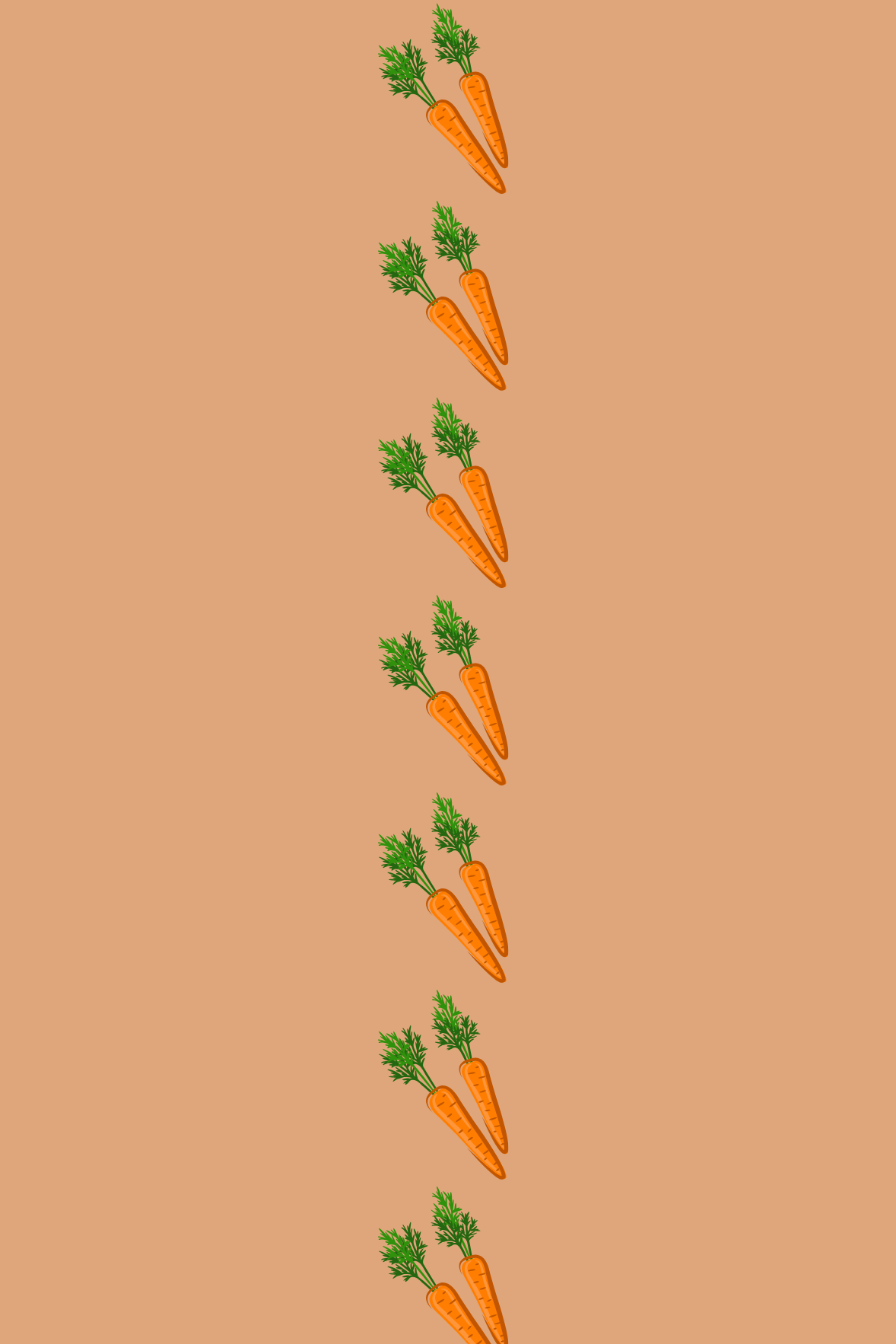
Repository: sephinejo/frontend-browser-101
Page: browser/practice-find-rabbit/index.html
These files come from the project's save history. The page is drawn as it stood at one moment and after the next save; the edit follows.
The browser window is 1280 px wide. The pictures show the part of the page from y = 0 to 1920 px (the page is 3344 px tall before and 3392 px after), at 70% of full size.

Above is the page before, as saved 2023-05-10 21:09:59.

### browser/practice-find-rabbit/index.html
<!DOCTYPE html>
<html lang="en">
  <head>
    <meta charset="UTF-8" />
    <meta name="viewport" content="width=device-width, initial-scale=1.0" />
    <title>Scroll</title>
    <style>
      body {
        margin: 0;
        display: flex;
        flex-direction: column;
        align-items: center;
        background-color: #dfa67b;
      }
      img {
        margin: 5px;
        width: 200px;
      }
    </style>
  </head>
  <body>
    <img src="img/carrot.png" alt="carrot" />
    <img src="img/carrot.png" alt="carrot" />
    <img src="img/carrot.png" alt="carrot" />
    <img src="img/carrot.png" alt="carrot" />
    <img src="img/carrot.png" alt="carrot" />
    <img src="img/carrot.png" alt="carrot" />
    <img src="img/carrot.png" alt="carrot" />
    <img src="img/rabbit.png" alt="rabbit" />
    <img src="img/carrot.png" alt="carrot" />
    <img src="img/carrot.png" alt="carrot" />
    <img src="img/carrot.png" alt="carrot" />
    <img src="img/carrot.png" alt="carrot" />

    <script></script>
  </body>
</html>

After the next save:
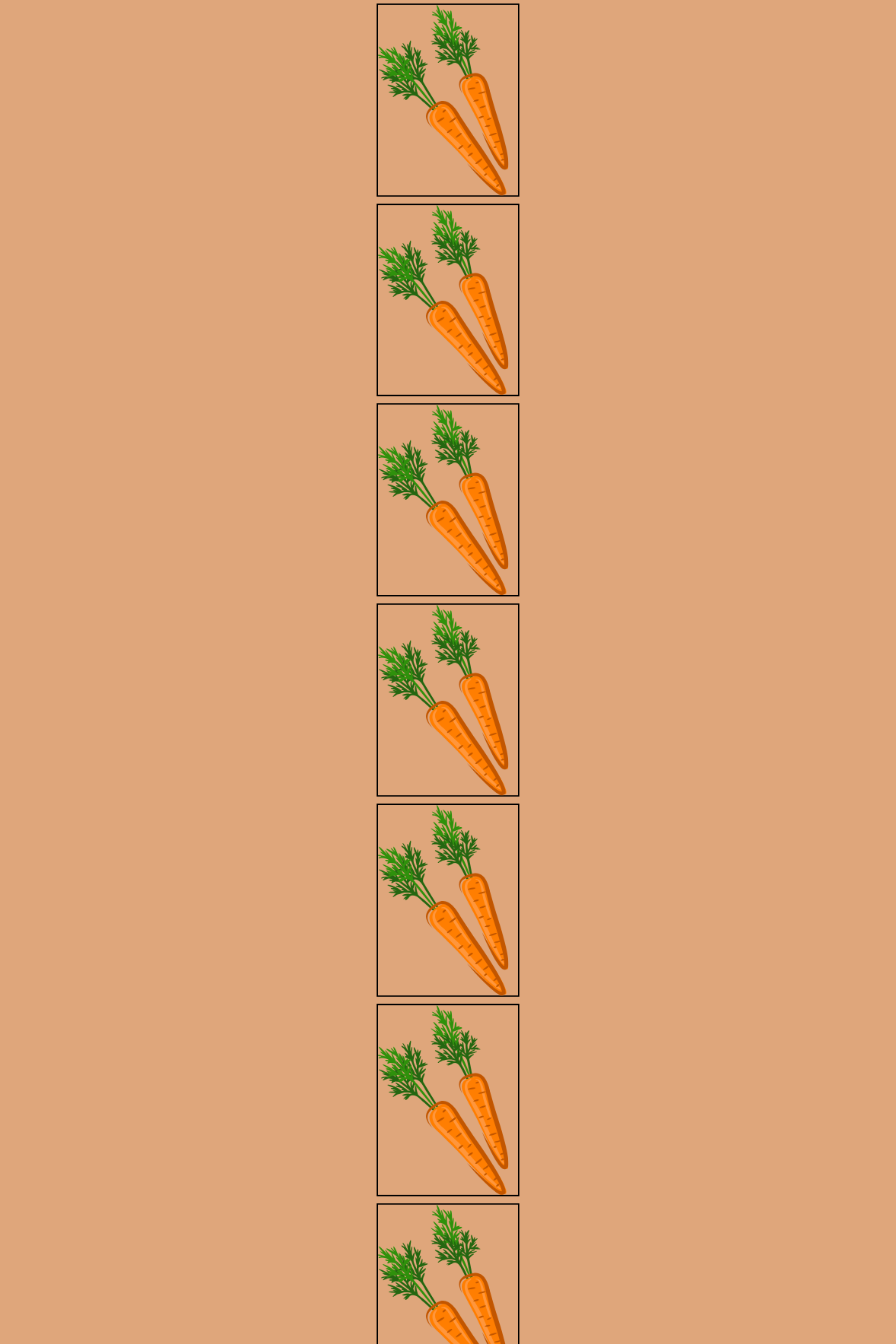
Saved 20 s later.
--- a/browser/practice-find-rabbit/index.html
+++ b/browser/practice-find-rabbit/index.html
@@ -15,6 +15,7 @@
       img {
         margin: 5px;
         width: 200px;
+        border: solid black 2px;
       }
     </style>
   </head>

After the save that followed:
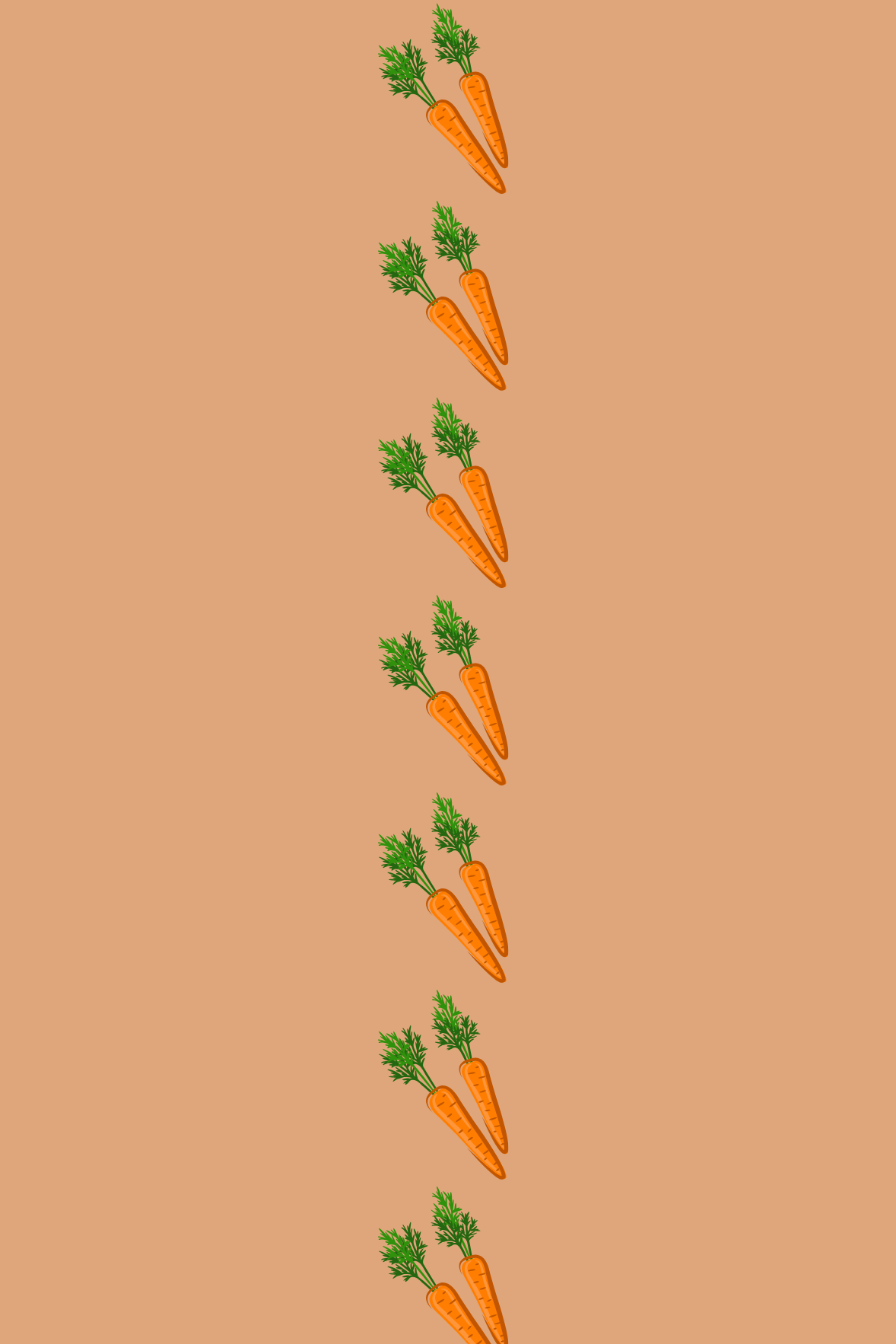
Saved 14 s later.
--- a/browser/practice-find-rabbit/index.html
+++ b/browser/practice-find-rabbit/index.html
@@ -15,7 +15,6 @@
       img {
         margin: 5px;
         width: 200px;
-        border: solid black 2px;
       }
     </style>
   </head>
